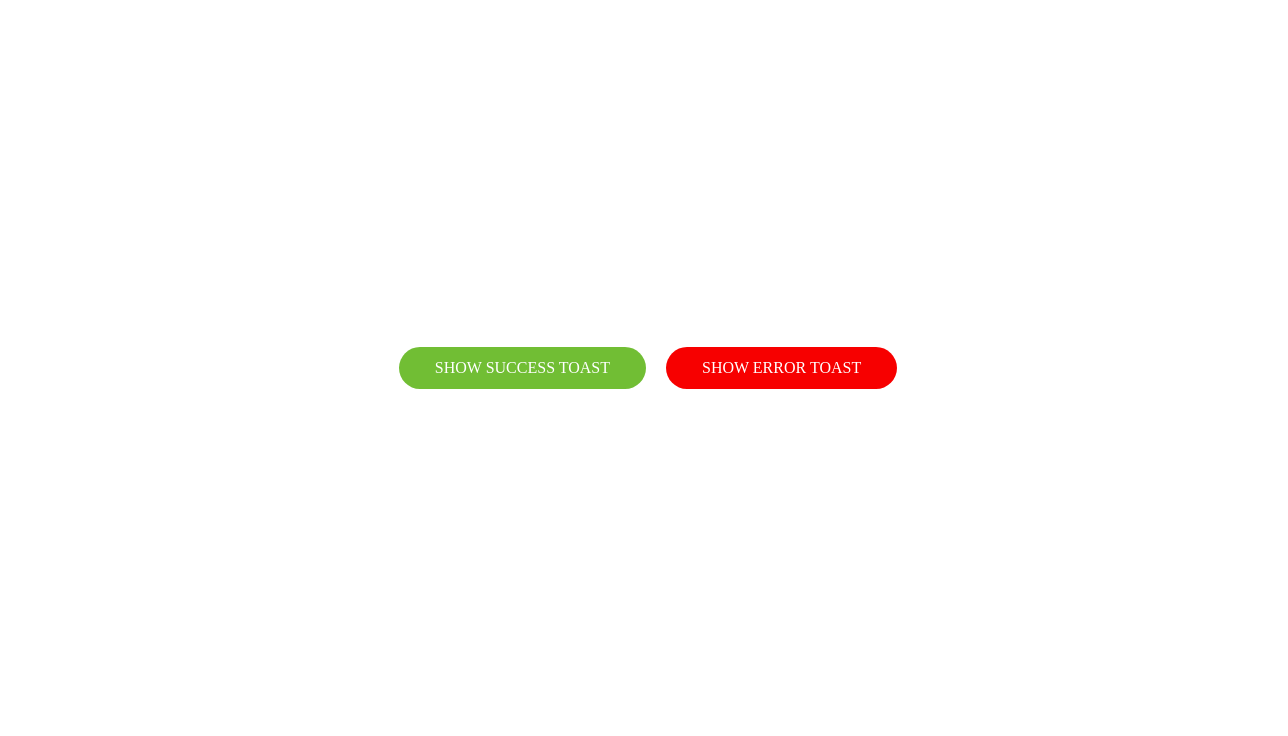
Repository: Hoquoctrung/github-anh-Trung-hihi
Page: Lesson-2/index.html
The author's editor kept a copy of each file at every save. The page is drawn from the files as they stood at one save, then again after the next save.
The browser window is 1280 px wide. The page is 1288 px wide, so the pictures cover 1288 px, including what lies to the right of the window. The pictures show the whole page.

Above is the page before, as saved 2021-08-21 21:47:36.

After the next save:
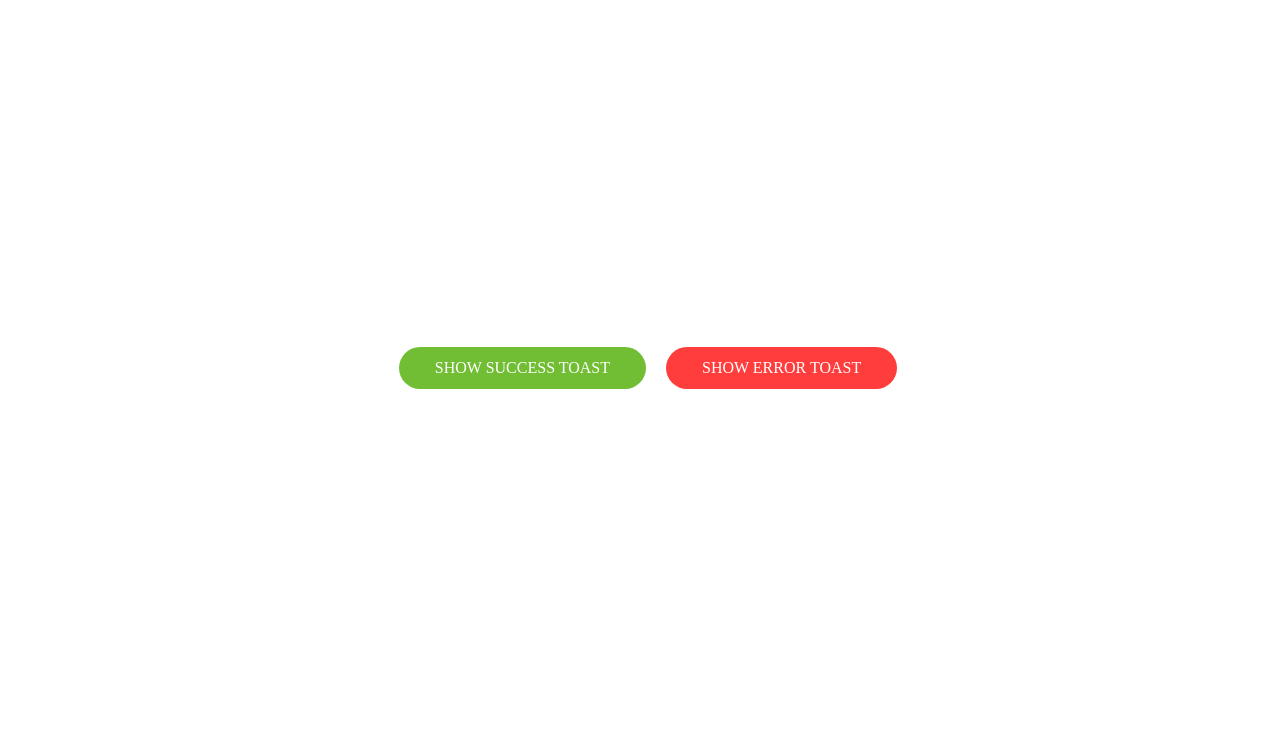
Saved 9 s later.
--- a/Lesson-2/style.css
+++ b/Lesson-2/style.css
@@ -27,7 +27,7 @@ body {
 }
 
 .btn--error {
-    background-color: #f70000;
+    background-color: #ff3d3d;
 }
 
 .btn + .btn {
